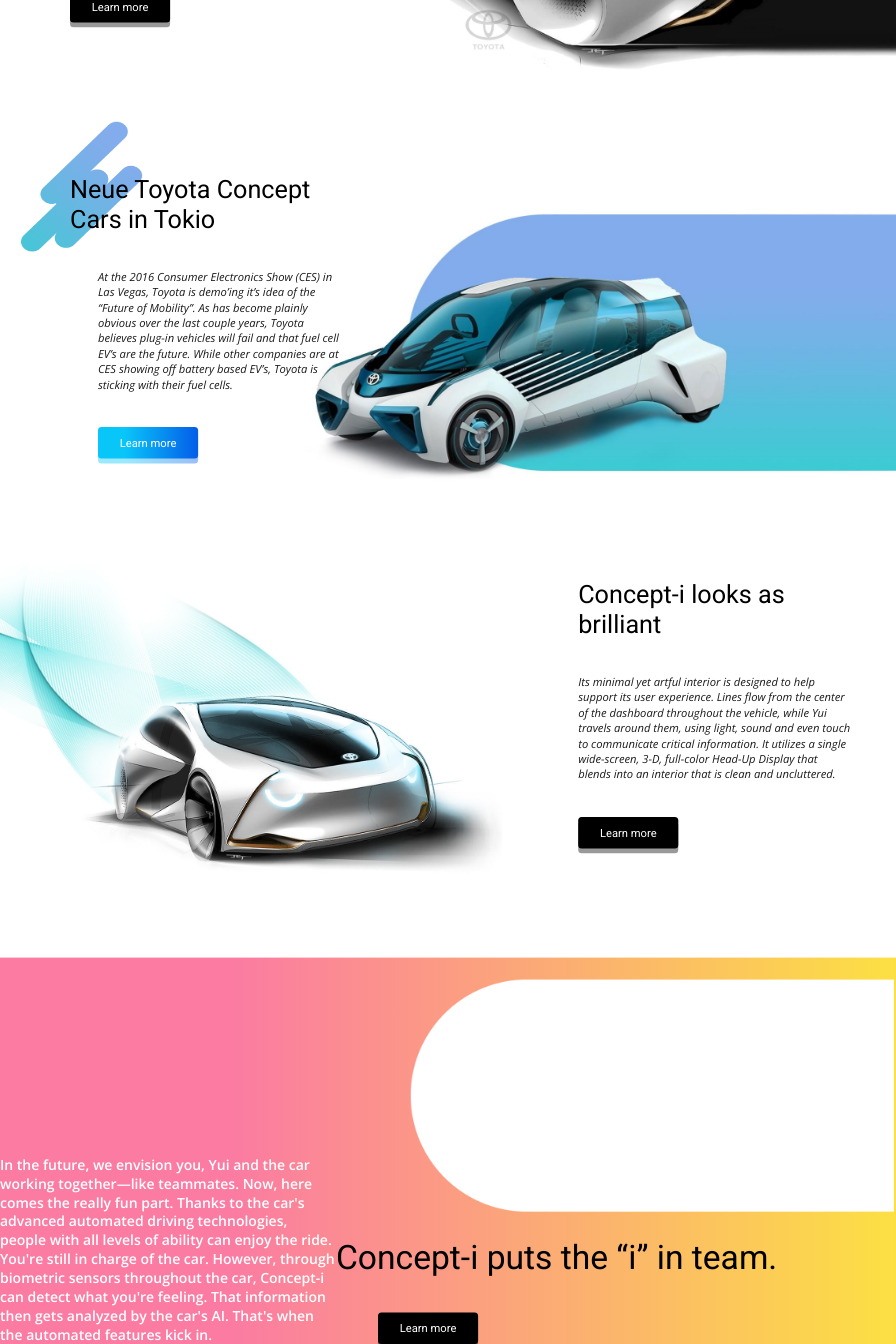
Repository: ThanhThn/Moto-Toyota
Page: index.html
The author's editor kept a copy of each file at every save. The page is drawn from the files as they stood at one save, then again after the next save.
The browser window is 1280 px wide. The pictures show the part of the page from y = 1820 to 3740 px (the page is 3740 px tall before and 3683 px after), at 70% of full size.

Above is the page before, as saved 2022-07-07 12:45:42.

After the next save:
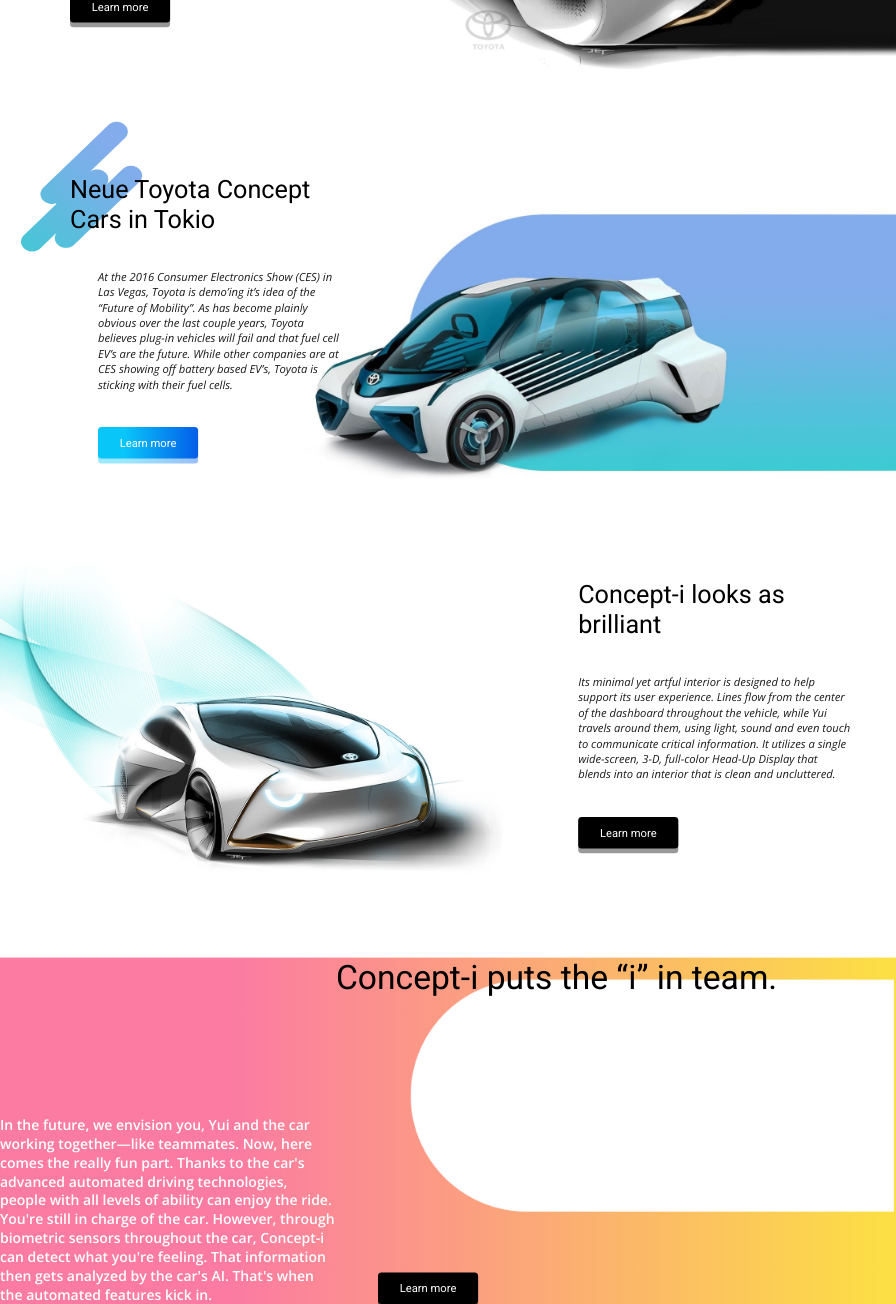
Saved 33 s later.
--- a/css/style.css
+++ b/css/style.css
@@ -281,4 +281,7 @@
     font-family: var(--heading-family);
     font-weight: 400;
     font-size: 48px;
-}
+    position: absolute;
+    top:0;
+
+}
